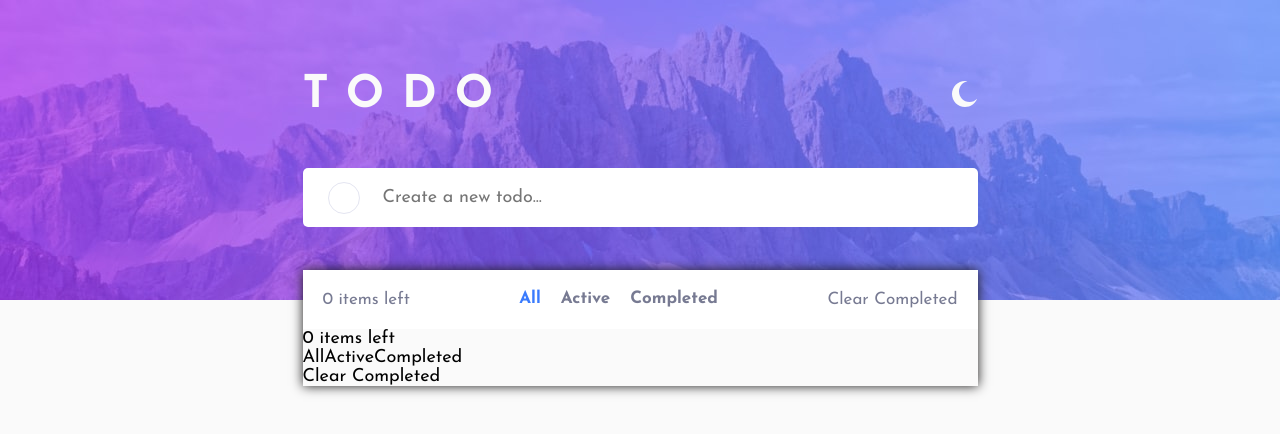
Repository: tomas938/todo-app
Page: /
These files come from the project's save history. The page is drawn as it stood at one moment and after the next save; the edit follows.
The browser window is 1280 px wide. The pictures show the whole page.
The project was rebuilt for these pictures with package versions that can differ from the ones it lists, and the page was loaded fresh each time.

Above is the page before, as saved 2021-08-20 14:17:58.

### src/main.js
import { createApp } from "vue";
import App from "./App.vue";
import router from "./router";

createApp(App)
	.use(router)
	.mount("#app");
//

### src/App.vue
<template>
	<router-view />
</template>

<style lang="scss">
@import "/src/scss/_variables";
:root {
	.dark {
		--bg-image: url(./assets/bg-desktop-dark.jpg);
		--items-bg-color: hsl(235, 24%, 19%);
		--body-bg: hsl(235, 21%, 11%);
		--todo-text: hsl(236, 33%, 92%);
		--todo-border: hsl(237, 14%, 26%);
	}
	.light {
		--bg-image: url(./assets/bg-desktop-light.jpg);
		--items-bg-color: hsl(0, 0%, 100%);
		--body-bg: hsl(0, 0%, 98%);
		--todo-text: hsl(233, 14%, 35%);
		--todo-border: hsl(236, 33%, 92%);
	}
}

* {
	margin: 0;
	padding: 0;
	box-sizing: border-box;
}
html {
	font-size: 62.5%;
}
body {
	font-size: 1.8rem;
	font-family: $font-primary;
	background-color: var(--body-bg);
}

li {
	list-style: none;
}
</style>

### src/router/index.js
import { createRouter, createWebHashHistory } from "vue-router";
import Home from "../views/Home.vue";

const routes = [
	{
		path: "/",
		name: "Home",
		component: Home,
	},
];

const router = createRouter({
	history: createWebHashHistory(),
	routes,
});

export default router;

### src/scss/_variables.scss
// LINK COLLORS-PRIMARY //

$primary: hsl(220, 98%, 61%);
$primary-bg: linear-gradient(rgb(87, 221, 255), hsl(280, 87%, 65%));

// LINK LIGHT THEME //

$light-gray: hsl(0, 0%, 98%);
$very-light-grayish-blue: hsl(236, 33%, 92%);
$light-grayish-blue: hsl(233, 11%, 84%);
$dark-grayish-blue: hsl(236, 9%, 61%);
$very-dark-grayish-blue: hsl(235, 19%, 35%);

// LINK DARK THEME //

$very-dark-blue: hsl(235, 21%, 11%);
$dark-desaturated-blue: hsl(235, 24%, 19%);
$light-grayish-blue--dark: hsl(234, 39%, 85%);
$light-grayish-blue--dark-hover: hsl(236, 33%, 92%);
$dark-grayish-blue--dark: hsl(234, 11%, 52%);
$very-dark-grayish-blue--dark: hsl(233, 14%, 35%);
$very-dark-grayish-blue--dark-2: hsl(237, 14%, 26%);

// LINK FONT //

@import url("https://fonts.googleapis.com/css2?family=Josefin+Sans:wght@400;700&display=swap");
$font-primary: "Josefin Sans", sans-serif;
$light: 400;
$bold: 700;

### src/views/Home.vue
<template>
	<Todos />
</template>

<script>
import Todos from "../components/Todos.vue";
export default {
	components: {
		Todos,
	},
};
</script>
<style lang="scss"></style>

### src/components/Todos.vue
<template>
	<Header @create-todo="newTodo($event)" />
	<main>
		<div class="wrapper">
			<transition-group name="list" class="todos" tag="ul" appear>
				<li
					v-for="(todo, index) in filteredTodos"
					:key="todo.name"
					class="todo-item"
				>
					<div
						class="todo "
						:class="{ complete: todo.completed }"
						@click="todo.completed = !todo.completed"
					></div>
					<span>{{ todo.name }}</span>
					<svg
						@click="removeTodo(index)"
						class="close"
						xmlns="http://www.w3.org/2000/svg"
						width="18"
						height="18"
					>
						<path
							fill="#494C6B"
							fill-rule="evenodd"
							d="M16.97 0l.708.707L9.546 8.84l8.132 8.132-.707.707-8.132-8.132-8.132 8.132L0 16.97l8.132-8.132L0 .707.707 0 8.84 8.132 16.971 0z"
						/>
					</svg>
				</li>
			</transition-group>
			<div class="filters">
				<div class="items-left">
					<span>{{ filteredTodos.length }} items left</span>
				</div>
				<div class="filter">
					<span :class="{ active: filter === 'all' }" @click="filter = 'all'"
						>All</span
					>
					<span
						:class="{ active: filter === 'active' }"
						@click="filter = 'active'"
						>Active</span
					>
					<span
						:class="{ active: filter === 'completed' }"
						@click="filter = 'completed'"
						>Completed</span
					>
				</div>
				<div class="clear">
					<span @click="clearTodos">Clear Completed</span>
				</div>
			</div>
			<div class="filters-mobile">
				<div class="items-left">
					<span>{{ filteredTodos.length }} items left</span>
				</div>
				<div class="filter">
					<span :class="{ active: filter === 'all' }" @click="filter = 'all'"
						>All</span
					>
					<span
						:class="{ active: filter === 'active' }"
						@click="filter = 'active'"
						>Active</span
					>
					<span
						:class="{ active: filter === 'completed' }"
						@click="filter = 'completed'"
						>Completed</span
					>
				</div>
				<div class="clear">
					<span @click="clearTodos">Clear Completed</span>
				</div>
			</div>
		</div>
	</main>
</template>

<script>
import Header from "../components/Header";
export default {
	components: {
		Header,
	},
	data() {
		return {
			LOCAL_STORAGE_KEY: "todoApp",
			todos: JSON.parse(localStorage.getItem(this.LOCAL_STORAGE_KEY)) || [],
			filter: "all",
		};
	},
	mounted() {
		if (localStorage.getItem(this.LOCAL_STORAGE_KEY))
			this.todos = JSON.parse(localStorage.getItem(this.LOCAL_STORAGE_KEY));
	},
	watch: {
		todos: {
			deep: true,
			handler(newValue) {
				localStorage.setItem(this.LOCAL_STORAGE_KEY, JSON.stringify(newValue));
			},
		},
	},
	methods: {
		newTodo(newTodo) {
			if (newTodo !== "") {
				this.todos.unshift({ name: newTodo, completed: false });
			}
		},
		removeTodo(index) {
			this.todos.splice(index, 1);
		},
		clearTodos() {
			this.todos = this.todos.filter((todo) => !todo.completed);
		},
	},
	computed: {
		filteredTodos() {
			if (this.filter === "all") {
				return this.todos;
			} else if (this.filter === "active") {
				return this.todos.filter((todo) => !todo.completed);
			} else if (this.filter === "completed") {
				return this.todos.filter((todo) => todo.completed);
			}
			return this.todos;
		},
	},
};
</script>

<style lang="scss" scoped>
@import "/src/scss/_variables";

main {
	transform: translateY(-3rem);
	display: flex;
	flex-direction: column;
	max-width: 73.5rem;
	margin: 0 auto;
	padding: 0 3rem;
}
.wrapper {
	box-shadow: 0px 0px 11px 0px #1a1919;
}
.todos {
	position: relative;
	border-radius: 0.5rem;
	background-color: var(--items-bg-color);
}
.todo-item {
	position: relative;
	display: flex;
	justify-content: space-between;
	align-items: center;
	width: 100%;
	padding: 2rem;
	padding-left: 8rem;
	font-family: $font-primary;
	font-weight: $light;
	color: var(--todo-text);
	border-bottom: 1px solid var(--todo-border);
	.todo {
		cursor: pointer;
		content: "";
		position: absolute;
		display: flex;
		align-items: center;
		justify-content: center;
		top: 50%;
		transform: translateY(-50%);
		left: 2.5rem;
		width: 3rem;
		height: 3rem;
		border-radius: 50%;
		border: 1px solid var(--todo-border);
	}
	.complete {
		background-image: url("../assets/icon-check.svg"), $primary-bg;
		background-repeat: no-repeat;
		background-position: center;
	}
	.close {
		cursor: pointer;
		opacity: 0;
	}
	&:hover {
		.close {
			transition: opacity 0.5s ease-in-out;
			opacity: 1;
		}
	}
}
.filters {
	display: flex;
	justify-content: space-between;
	background-color: var(--items-bg-color);
	padding: 2rem;
	.filter {
		font-weight: $bold;
		display: flex;
		gap: 2rem;
		@media only screen and (max-width: 600px) {
			display: none;
		}
		.active {
			color: $primary;
			transition: color 0.3s ease-in-out;
		}
	}
	.items-left {
		span {
			cursor: auto;
		}
	}
	span {
		color: $dark-grayish-blue--dark;
		cursor: pointer;
		font-size: 1.7rem;
	}
}
// TRANSITIONS //
.list-enter-active {
	transition: all 0.7s ease;
}
.list-enter-from {
	opacity: 0;
	transform: scale(0.6);
}
.list-enter-to {
	opacity: 1;
	transform: scale(1);
}
.list-leave-active {
	transition: all 0.7s ease;
	position: absolute;
}
.list-leave-from {
	opacity: 1;
	transform: scale(1);
}
.list-leave-to {
	opacity: 0;
	transform: scale(0.6);
}
.list-move {
	transition: all 0.4s ease;
}
</style>

### src/components/Header.vue
<template>
	<header>
		<nav class="nav container">
			<div class="nav__title">
				<h1>todo</h1>
			</div>
			<svg
				v-if="ligth"
				@click="changeTheme"
				class="nav__theme"
				xmlns="http://www.w3.org/2000/svg"
				width="26"
				height="26"
			>
				<path
					fill="#fafafa"
					fill-rule="evenodd"
					d="M13 0c.81 0 1.603.074 2.373.216C10.593 1.199 7 5.43 7 10.5 7 16.299 11.701 21 17.5 21c2.996 0 5.7-1.255 7.613-3.268C23.22 22.572 18.51 26 13 26 5.82 26 0 20.18 0 13S5.82 0 13 0z"
				/>
			</svg>
			<svg
				v-else
				@click="changeTheme"
				xmlns="http://www.w3.org/2000/svg"
				width="26"
				height="26"
			>
				<path
					fill="#fafafa"
					fill-rule="evenodd"
					d="M13 21a1 1 0 011 1v3a1 1 0 11-2 0v-3a1 1 0 011-1zm-5.657-2.343a1 1 0 010 1.414l-2.121 2.121a1 1 0 01-1.414-1.414l2.12-2.121a1 1 0 011.415 0zm12.728 0l2.121 2.121a1 1 0 01-1.414 1.414l-2.121-2.12a1 1 0 011.414-1.415zM13 8a5 5 0 110 10 5 5 0 010-10zm12 4a1 1 0 110 2h-3a1 1 0 110-2h3zM4 12a1 1 0 110 2H1a1 1 0 110-2h3zm18.192-8.192a1 1 0 010 1.414l-2.12 2.121a1 1 0 01-1.415-1.414l2.121-2.121a1 1 0 011.414 0zm-16.97 0l2.121 2.12A1 1 0 015.93 7.344L3.808 5.222a1 1 0 011.414-1.414zM13 0a1 1 0 011 1v3a1 1 0 11-2 0V1a1 1 0 011-1z"
				/>
			</svg>
		</nav>
		<div class="new-todo">
			<input
				autofocus
				type="text"
				placeholder="Create a new todo..."
				v-model="newTodo"
				@keypress.enter="$emit('create-todo', newTodo), clearInput()"
			/>
		</div>
	</header>
</template>

<script>
export default {
	data() {
		return {
			newTodo: "",
			ligth: true,
			body: document.body,
		};
	},
	methods: {
		changeTheme() {
			this.ligth = !this.ligth;
			if (!this.ligth) {
				this.body.classList.remove("light");
				this.body.classList.add("dark");
			} else {
				this.body.classList.remove("dark");
				this.body.classList.add("light");
			}
		},
		clearInput() {
			this.newTodo = "";
		},
	},
	mounted() {
		this.body.classList.add("light");
	},
};
</script>

<style lang="scss" scoped>
@import "/src/scss/_variables";

header {
	height: 30rem;
	display: flex;
	flex-direction: column;
	align-items: center;
	justify-content: center;
	gap: 5rem;
	padding: 3rem;
	background-image: var(--bg-image);
	background-repeat: no-repeat;
	background-size: cover;
}
.nav {
	max-width: 67.5rem;
	width: 100%;
	display: flex;
	justify-content: space-between;
	align-items: baseline;
	&__title h1 {
		font-size: 4.5rem;
		letter-spacing: 1.8rem;
		text-transform: uppercase;
	}

	svg {
		cursor: pointer;
	}
}
.new-todo {
	max-width: 67.5rem;
	width: 100%;
	position: relative;
	&::before {
		content: "";
		position: absolute;
		top: 50%;
		transform: translateY(-50%);
		left: 2.5rem;
		width: 3rem;
		height: 3rem;
		border-radius: 50%;
		border: 1px solid var(--todo-border);
	}
}
input {
	background-color: var(--items-bg-color);
	color: var(--todo-text);
	width: 100%;
	outline: none;
	border: none;
	padding: 2rem;
	padding-left: 8rem;
	border-radius: 0.5rem;
	font-size: 1.8rem;
	font-family: $font-primary;
	font-weight: $light;
}
h1 {
	color: $light-gray;
}
</style>

Loaded but not shown: public/index.html (common file)

After the next save:
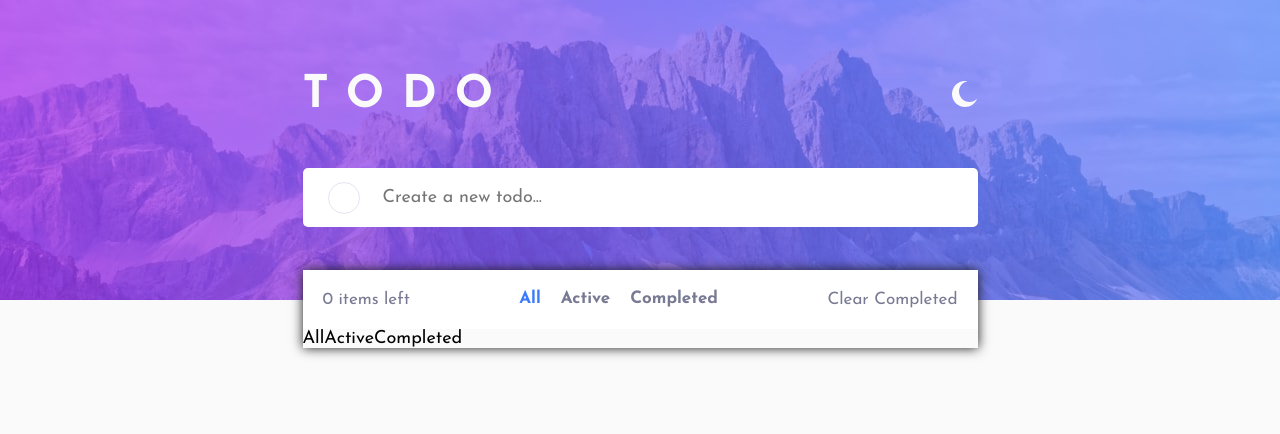
Saved 9 s later.
--- a/src/components/Todos.vue
+++ b/src/components/Todos.vue
@@ -53,9 +53,6 @@
 				</div>
 			</div>
 			<div class="filters-mobile">
-				<div class="items-left">
-					<span>{{ filteredTodos.length }} items left</span>
-				</div>
 				<div class="filter">
 					<span :class="{ active: filter === 'all' }" @click="filter = 'all'"
 						>All</span
@@ -70,9 +67,6 @@
 						@click="filter = 'completed'"
 						>Completed</span
 					>
-				</div>
-				<div class="clear">
-					<span @click="clearTodos">Clear Completed</span>
 				</div>
 			</div>
 		</div>
